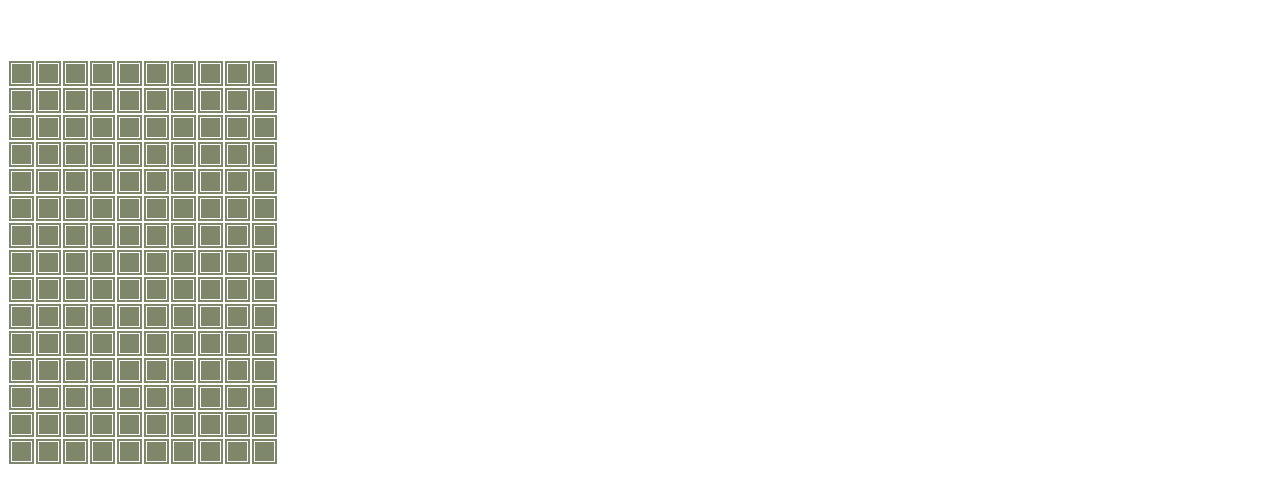
Repository: Muy-bien/Tetris
Page: /
These files come from the project's save history. The page is drawn as it stood at one moment and after the next save; the edit follows.
The browser window is 1280 px wide. The pictures show the whole page.
The project was rebuilt for these pictures with package versions that can differ from the ones it lists, and the page was loaded fresh each time. Also part of the build but not shown: vite.config.js.

Above is the page before, as saved 2021-07-24 11:32:08.

### src/App.vue
<template>
  <div>
    <Game></Game>
  </div>
</template>

<script setup>
import Game from "./components/Game.vue";
</script>

<style>
#app {
  font-family: Avenir, Helvetica, Arial, sans-serif;
  -webkit-font-smoothing: antialiased;
  -moz-osx-font-smoothing: grayscale;
  text-align: center;
  color: #2c3e50;
  margin-top: 60px;
}
</style>

### src/components/Game.vue
<template>
  <div>
    <div class="row" v-for="i in gameRow" :key="i">
      <div v-for="j in gameCol" :key="j">
        <Box></Box>
      </div>
    </div>
  </div>
</template>

<script setup>
import Box from "./Box.vue";
import {gameRow, gameCol} from '../game/index'

</script>

<style scoped>
.row {
  display: flex;
}
</style>

### src/components/Box.vue
<template>
  <div class="box">
    <div class="box-main">{{type}}</div>
  </div>
</template>

<script setup>
    const props = defineProps(['type'])
    const color = '#7f876a'
</script>

<style scoped>
.box {
  width: 25px;
  height: 25px;
  margin: 1px;
  border: 2px solid #7f876a;
  padding: 1px;
  box-sizing: border-box;
}

.box-main {
    background-color: v-bind(color);
    color: #fff;
    display: flex;
    justify-content: center;
    align-items: center;
    height: 100%;
}
</style>

### src/game/index.js
export * from './config.js'
export {map} from './map.js'
import {initMap , map} from './map.js'

initMap()

const box = {
    shape: [[1,1],[1,1]]
}
const row = box.shape.length
const col = box.shape[0].length
for(let i = 0;i < row;i++) {
    for(let j = 0;j < col;j++) {
        map[i][j] = 1
    }
}

### src/game/config.js
export const gameRow = 15
export const gameCol = 10

### src/game/map.js
import {gameRow, gameCol} from './config'
export const map = []
//init map
export function initMap() {
    for (let i = 0; i < gameRow; i++) {
        map[i] = []
        for (let j = 0; j < gameCol; j++) {
            map[i][j] = 0
        }
    }
}

Loaded but not shown: index.html (common file); src/main.js (common file)

After the next save:
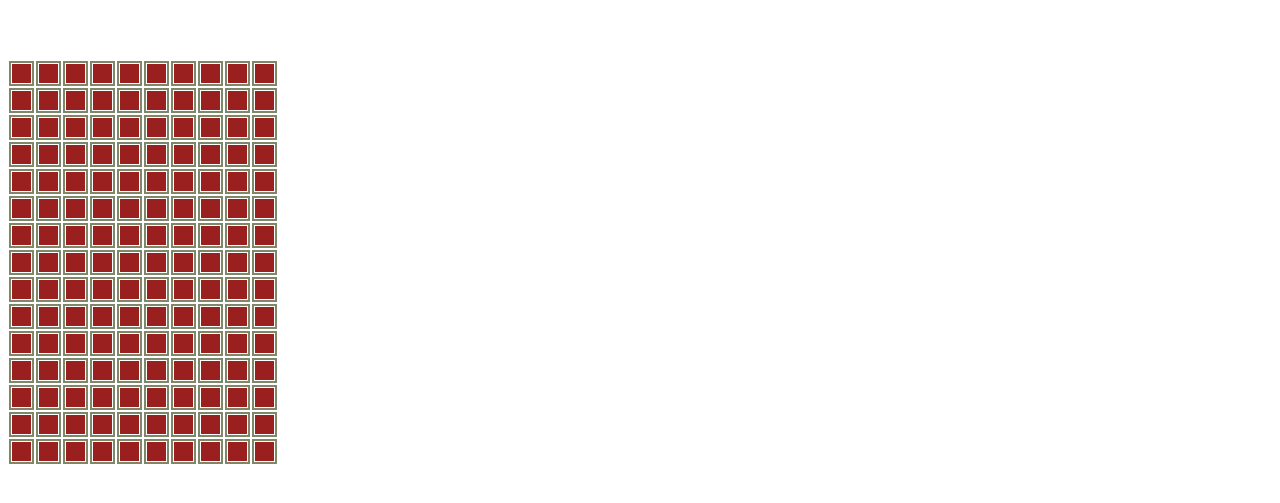
Saved 88 s later.
--- a/src/components/Box.vue
+++ b/src/components/Box.vue
@@ -6,7 +6,7 @@
 
 <script setup>
     const props = defineProps(['type'])
-    const color = '#7f876a'
+    const color = '#9a2020'
 </script>
 
 <style scoped>
